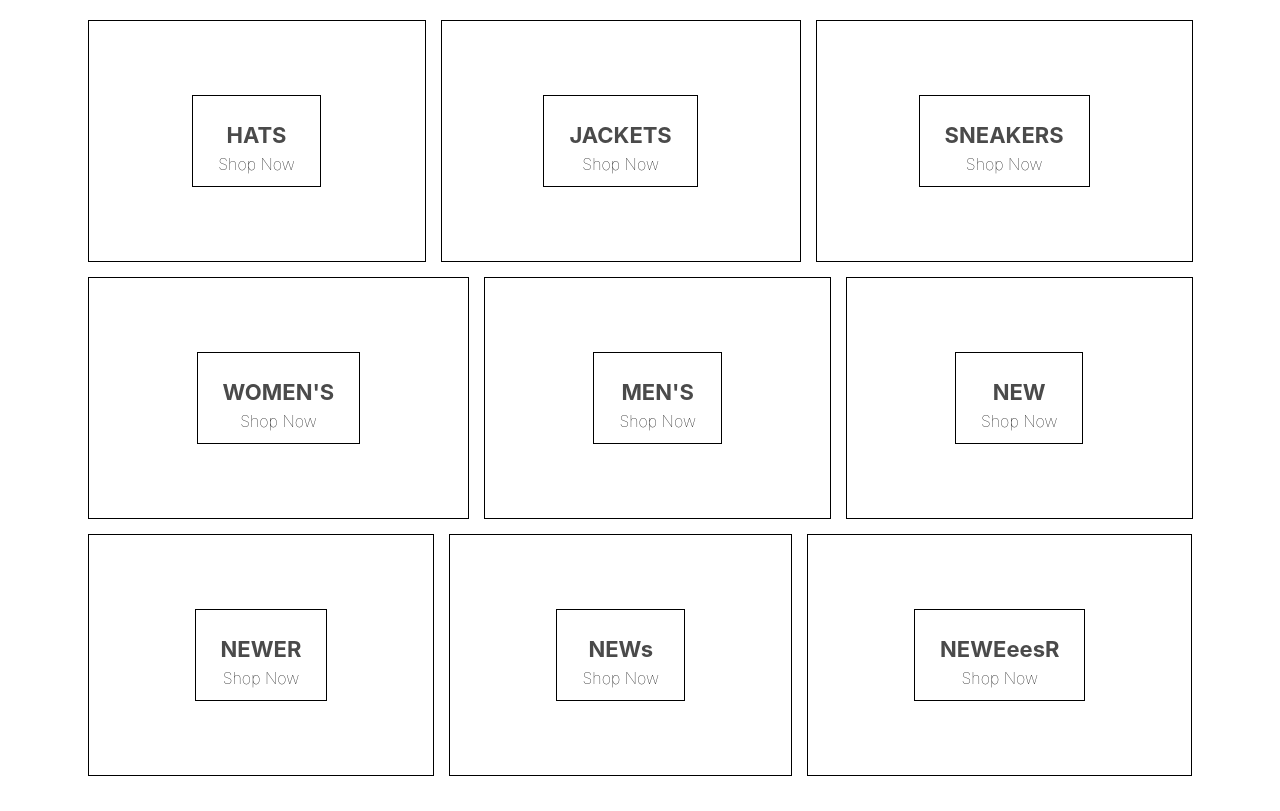
Repository: MikeTroianello/commerce-store
Page: /
The author's editor kept a copy of each file at every save. The page is drawn from the files as they stood at one save, then again after the next save.
The browser window is 1280 px wide. The pictures show the whole page.
The project was rebuilt for these pictures with package versions that can differ from the ones it lists, and the page was loaded fresh each time. Also part of the build but not shown: src/App.css.

Above is the page before, as saved 2019-09-09 19:02:22.

After the next save:
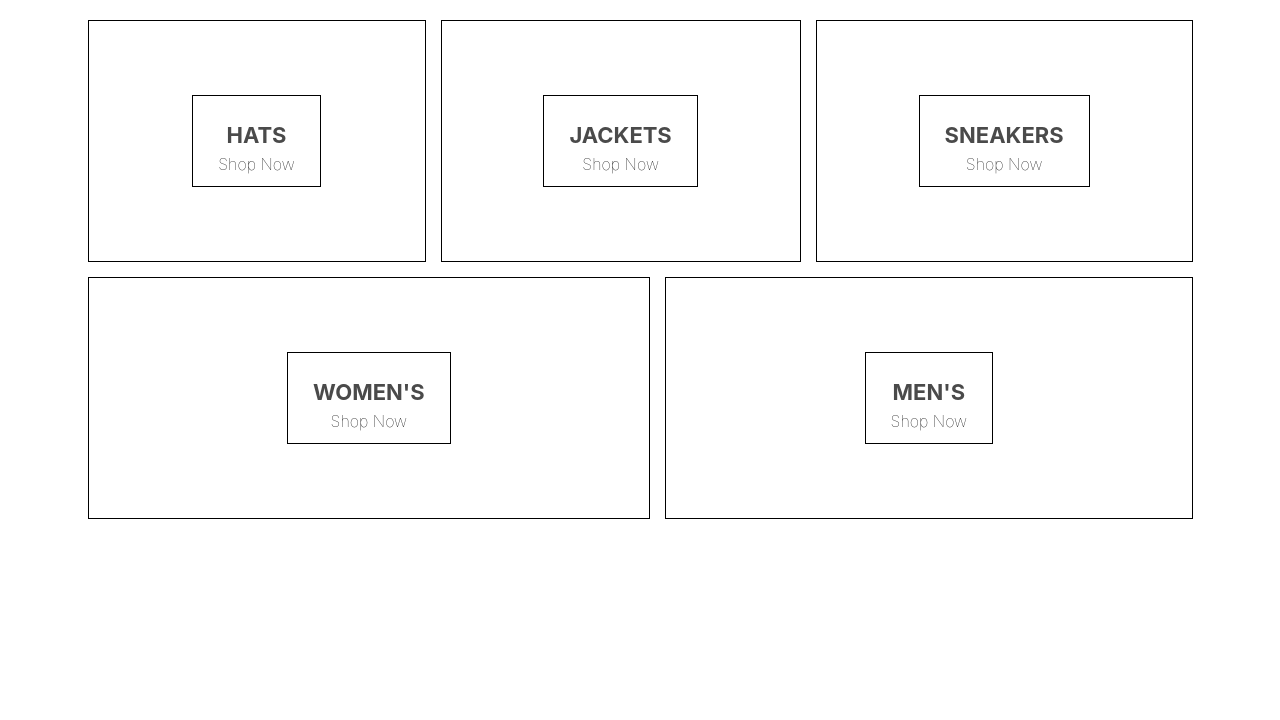
Saved 20 s later.
--- a/src/Homepage.component.js
+++ b/src/Homepage.component.js
@@ -37,30 +37,6 @@ export default function Homepage() {
             <span className='subtitle'>Shop Now</span>
           </div>
         </div>
-        <div className='menu-item'>
-          <div className='content'>
-            <h1 className='title'>NEW</h1>
-            <span className='subtitle'>Shop Now</span>
-          </div>
-        </div>
-        <div className='menu-item'>
-          <div className='content'>
-            <h1 className='title'>NEWER</h1>
-            <span className='subtitle'>Shop Now</span>
-          </div>
-        </div>
-        <div className='menu-item'>
-          <div className='content'>
-            <h1 className='title'>NEWs</h1>
-            <span className='subtitle'>Shop Now</span>
-          </div>
-        </div>
-        <div className='menu-item'>
-          <div className='content'>
-            <h1 className='title'>NEWEeesR</h1>
-            <span className='subtitle'>Shop Now</span>
-          </div>
-        </div>
       </div>
     </div>
   );
